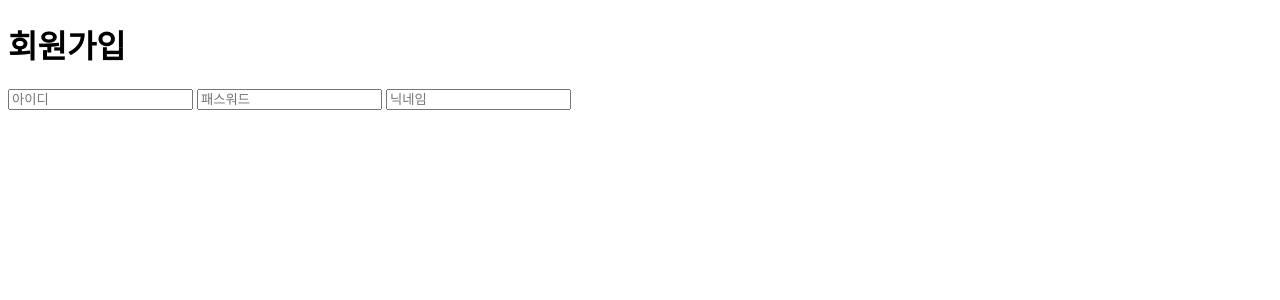
Repository: ansdo0606/CLASS
Page: http://localhost/webPrj25_2_/member/join
The author's editor kept a copy of each file at every save. The page is drawn from the files as they stood at one save, then again after the next save.
The browser window is 1280 px wide. The pictures show the whole page.
The page is served by Tomcat 9. Other server files are loaded and not shown.

Above is the page before, as saved 2023-04-03 12:17:26.

### webRepo/webPrj25(2)/src/main/webapp/WEB-INF/views/member/joinForm.jsp
<%@ page language="java" contentType="text/html; charset=UTF-8"
    pageEncoding="UTF-8"%>
<!DOCTYPE html>
<html>
<head>
<meta charset="UTF-8">
<title>Insert title here</title>
</head>
<body>

	<h1>회원가입</h1>
	<input type="text" name="memberId" placeholder="아이디">
	<input type="password" name="memberPwd" placeholder="패스워드">
	<input type="text" name="memberNick" placeholder="닉네임">
</body>
</html>

### webRepo/webPrj25(2)/src/main/java/com/kh/app/member/controller/MemberJoinController.java
package com.kh.app.member.controller;

import java.io.IOException;

import javax.servlet.ServletException;
import javax.servlet.annotation.WebServlet;
import javax.servlet.http.HttpServlet;
import javax.servlet.http.HttpServletRequest;
import javax.servlet.http.HttpServletResponse;

@WebServlet("/member/join")
public class MemberJoinController extends HttpServlet{
	@Override
	protected void doGet(HttpServletRequest req, HttpServletResponse resp) throws ServletException, IOException {
		req.getRequestDispatcher("/WEB-INF/views/member/joinForm.jsp").forward(req, resp);

	}

	@Override
	protected void doPost(HttpServletRequest req, HttpServletResponse resp) throws ServletException, IOException {



	}
}

After the next save:
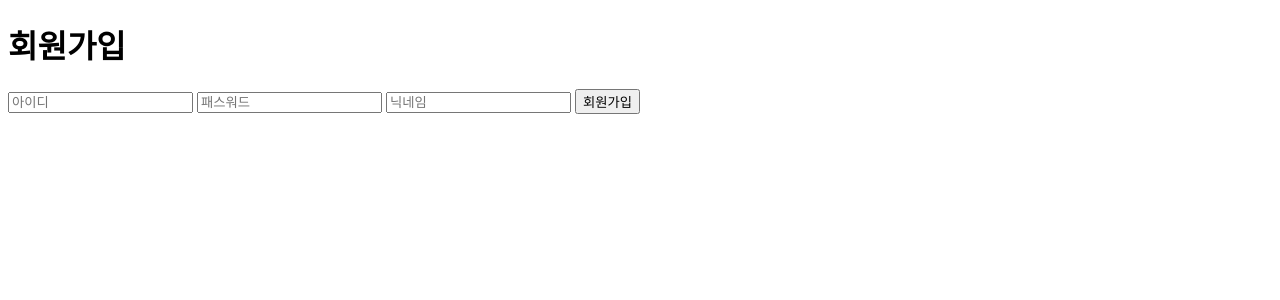
Saved 59 s later.
--- a/webRepo/webPrj25(2)/src/main/webapp/WEB-INF/views/member/joinForm.jsp
+++ b/webRepo/webPrj25(2)/src/main/webapp/WEB-INF/views/member/joinForm.jsp
@@ -9,8 +9,10 @@
 <body>
 
 	<h1>회원가입</h1>
+	<form action="/app252/member/join" method="post"></form>
 	<input type="text" name="memberId" placeholder="아이디">
 	<input type="password" name="memberPwd" placeholder="패스워드">
 	<input type="text" name="memberNick" placeholder="닉네임">
+	<input type="submit" value="회원가입">
 </body>
 </html>
